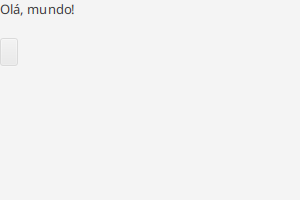
Repository: lucasferrazs/Aulas_Java
Program's window: java aulasdeFX/src/_3nodes/metodosNodes.java
These files come from the project's save history. The program's window is drawn as it stood at one moment and after the next save; the edit follows.
It runs on Java 21 on a 1366 x 768 screen with JavaFX 11; the title bar is not drawn.

Above is the program's window before, as saved 2024-06-26 17:32:16.

### aulasdeFX/src/_3nodes/metodosNodes.java
package _3nodes;
import javafx.application.Application;
import javafx.scene.Scene;
import javafx.scene.control.Button;
import javafx.scene.control.Label;
import javafx.scene.layout.VBox;
import javafx.stage.Stage;

import javafx.scene.shape.Rectangle;
public class metodosNodes extends Application {

/*
 Em JavaFX, os nós (nodes) são objetos gráficos que podem ser adicionados a um layout
 e exibidos em uma janela. Existem várias propriedades e métodos comuns que podem ser
 usados para personalizar a aparência e o comportamento dos nós. Aqui estão algumas das
 propriedades e métodos mais comuns:


 */
	@Override
	public void start(Stage primaryStage) {
		  Scene scene = new Scene(new VBox(10), 300, 200);
		  VBox root = (VBox) scene.getRoot();
		/*

		Texto:

		setText(String text): Define o texto do nó.
		getText(): Retorna o texto do nó.
		 */
		Label label = new Label();
		label.setText("Olá, mundo!");
		root.getChildren().add(label);


		/*
		Cor:

		setFill(Paint fill): Define a cor de preenchimento do nó.
		getFill(): Retorna a cor de preenchimento do nó.
		 */
		Rectangle rectangle = new Rectangle();
		rectangle.setFill(javafx.scene.paint.Color.RED);
		root.getChildren().add(rectangle);
		System.out.println(rectangle.getFill()); // imprime "javafx.scene.paint.Color@... (red)"

		/*

		Tamanho:

		setWidth(double width): Define a largura do nó.
		setHeight(double height): Define a altura do nó.
		getWidth(): Retorna a largura do nó.
		getHeight(): Retorna a altura do nó.
		 */
		Rectangle rectangle2 = new Rectangle();
		rectangle2.setWidth(100);
		rectangle2.setHeight(50);
		System.out.println(rectangle2.getWidth()); // imprime 100.0
		System.out.println(rectangle2.getHeight()); // imprime 50.0

		/*

		Posição:

		setLayoutX(double x): Define a posição x do nó na cena.
		setLayoutY(double y): Define a posição y do nó na cena.
		getLayoutX(): Retorna a posição x do nó na cena.
		getLayoutY(): Retorna a posição y do nó na cena.
		 */
		Label label2 = new Label();
		label2.setLayoutX(100);
		label2.setLayoutY(50);
		System.out.println(label2.getLayoutX()); // imprime 100.0
		System.out.println(label2.getLayoutY()); // imprime 50.0

		/*

		Visibilidade:

		setVisible(boolean visible): Define se o nó é visível ou não.
		isVisible(): Retorna se o nó é visível ou não.
		 */
		Label label3 = new Label();
		label3.setVisible(false);
		System.out.println(label3.isVisible()); // imprime false

		/*

		Habilitação:

		setDisable(boolean disable): Define se o nó está habilitado ou não.
		isDisable(): Retorna se o nó está habilitado ou não.
		 */
		Button button = new Button();
		button.setDisable(true);
		System.out.println(button.isDisable()); // imprime true
		root.getChildren().add(button);

		   primaryStage.setTitle("Meu Aplicativo");
	        primaryStage.setScene(scene);
	        primaryStage.show();
    }

	public static void main(String[] args) {
	    launch(args);
	}
}

After the next save:
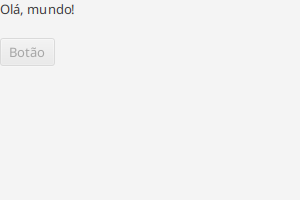
Saved 19 s later.
--- a/aulasdeFX/src/_3nodes/metodosNodes.java
+++ b/aulasdeFX/src/_3nodes/metodosNodes.java
@@ -92,7 +92,7 @@
 		setDisable(boolean disable): Define se o nó está habilitado ou não.
 		isDisable(): Retorna se o nó está habilitado ou não.
 		 */
-		Button button = new Button();
+		Button button = new Button("Botão");
 		button.setDisable(true);
 		System.out.println(button.isDisable()); // imprime true
 		root.getChildren().add(button);
